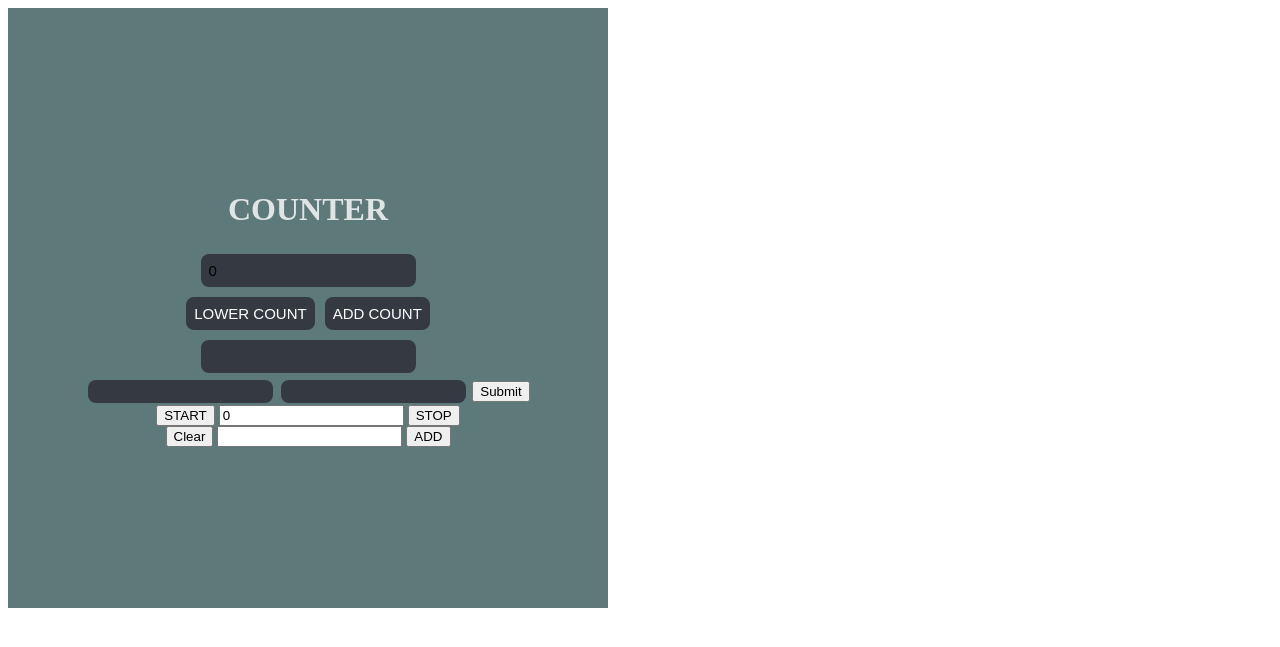
Repository: sedashahnazaryan/Caunter
Page: index.html
The author's editor kept a copy of each file at every save. The page is drawn from the files as they stood at one save, then again after a run of saves.
The browser window is 1280 px wide. The pictures show the whole page.

Above is the page before, as saved 2022-02-15 01:39:09.

After the next 2 saves:
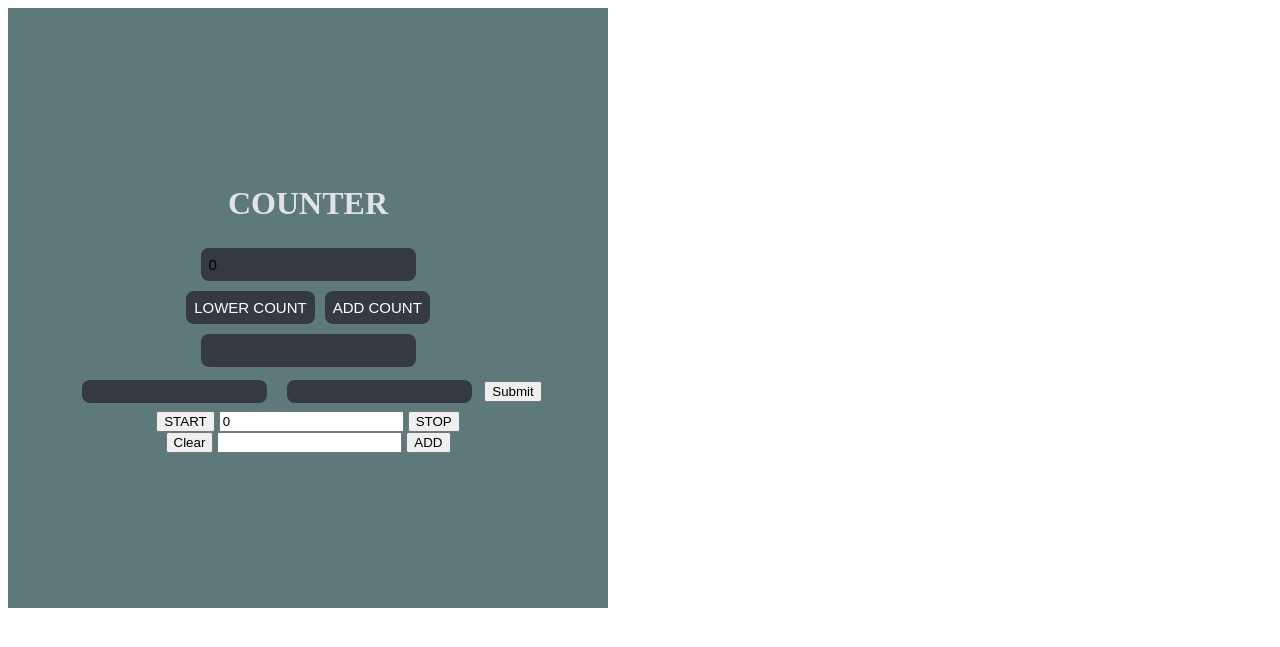
The 2 saves are shown as one change because they came seconds apart.
The last was saved 16 s later.
--- a/index.css
+++ b/index.css
@@ -68,7 +68,7 @@ color: rgba(243, 243, 243, 0.87);
         padding: 4px;
         border-radius: 8px;
         border: none;
-         margin: 2px;
+         margin: 8px;
         cursor: pointer;
 
     }
